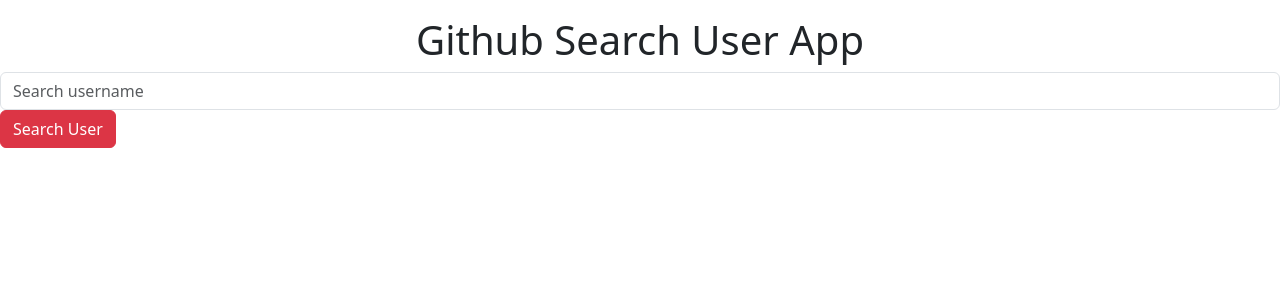
Repository: solox-cyber/Github-search-user
Page: index.html
An editor plug-in stored every save of this project. The page is shown before and after the next save, followed by the edit.
The browser window is 1280 px wide. The pictures show the whole page.

Above is the page before, as saved 2023-03-25 17:10:27.

### index.html
<!DOCTYPE html>
<html lang="en">
<head>
    <meta charset="UTF-8">
    <meta http-equiv="X-UA-Compatible" content="IE=edge">
    <meta name="viewport" content="width=device-width, initial-scale=1.0">
    <title>Github Search User Using Github API</title>
    <link href="https://cdn.jsdelivr.net/npm/bootstrap@5.3.0-alpha2/dist/css/bootstrap.min.css" rel="stylesheet" integrity="sha384-aFq/bzH65dt+w6FI2ooMVUpc+21e0SRygnTpmBvdBgSdnuTN7QbdgL+OapgHtvPp" crossorigin="anonymous">
</head>
<body>
   <div class="container mt-3">
    <h1 style="text-align: center;">
    Github Search User App
    </h1>
   </div>
  <form id="myForm" autocomplete="off" action="">
    <div class="form-group">
        <input type="text" name="" class="form-control" placeholder="Search username" id="">
    </div>
    <div class="form-group">
      <button class="btn btn-danger btn-block">
        Search User
      </button>
    </div>
  </form>
    <script src="https://cdn.jsdelivr.net/npm/bootstrap@5.3.0-alpha2/dist/js/bootstrap.bundle.min.js" integrity="sha384-qKXV1j0HvMUeCBQ+QVp7JcfGl760yU08IQ+GpUo5hlbpg51QRiuqHAJz8+BrxE/N" crossorigin="anonymous"></script>
</body>
</html>

After the next save:
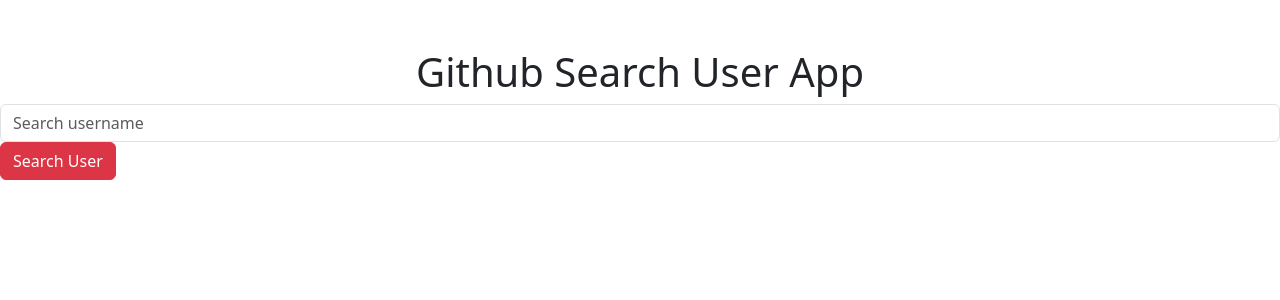
Saved 10 s later.
--- a/index.html
+++ b/index.html
@@ -8,7 +8,7 @@
     <link href="https://cdn.jsdelivr.net/npm/bootstrap@5.3.0-alpha2/dist/css/bootstrap.min.css" rel="stylesheet" integrity="sha384-aFq/bzH65dt+w6FI2ooMVUpc+21e0SRygnTpmBvdBgSdnuTN7QbdgL+OapgHtvPp" crossorigin="anonymous">
 </head>
 <body>
-   <div class="container mt-3">
+   <div class="container mt-5">
     <h1 style="text-align: center;">
     Github Search User App
     </h1>
